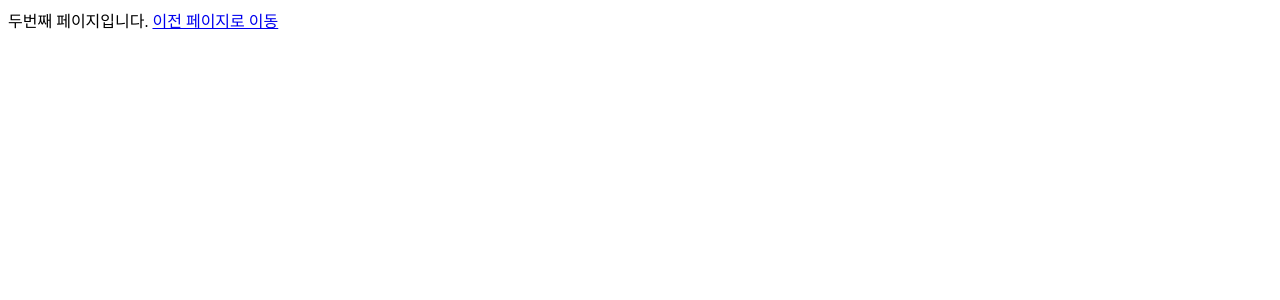
Repository: JuHanSong/JSP
Page: jsp01/WebContent/page2.html
These files come from the project's save history. The page is drawn as it stood at one moment and after the next save; the edit follows.
The browser window is 1280 px wide. The pictures show the whole page.

Above is the page before, as saved 2020-11-21 02:26:48.

### jsp01/WebContent/page2.html
<!DOCTYPE html>
<html>
<head>
<meta charset="UTF-8">
<title>Insert title here</title>
</head>
<body>
두번째 페이지입니다.
<a href="indeex.html"> 이전 페이지로 이동</a>

</body>
</html>

After the next save:
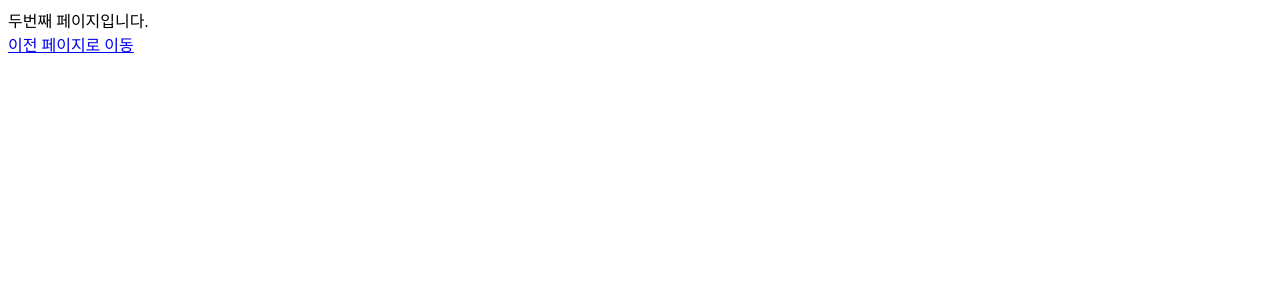
Saved 2 min 24 s later.
--- a/jsp01/WebContent/page2.html
+++ b/jsp01/WebContent/page2.html
@@ -5,8 +5,8 @@
 <title>Insert title here</title>
 </head>
 <body>
-두번째 페이지입니다.
+두번째 페이지입니다.<br>
 <a href="indeex.html"> 이전 페이지로 이동</a>
-
+<!-- 컨트롤 + 시프트 + /  -->
 </body>
 </html>
